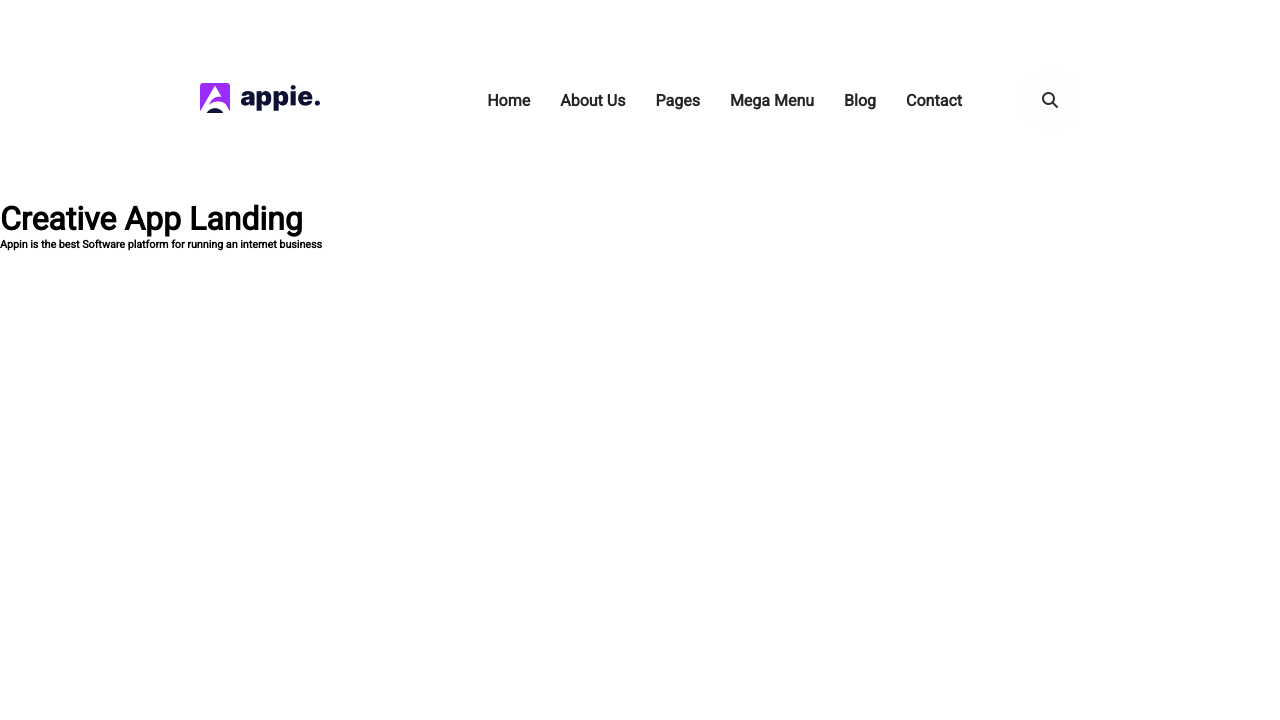
Repository: northpx/landingpage
Page: index.html
These files come from the project's save history. The page is drawn as it stood at one moment and after a run of saves; the edit follows.
The browser window is 1280 px wide. The pictures show the whole page.

Above is the page before, as saved 2022-12-26 09:49:21.

### index.html
<!DOCTYPE html>
<html lang="en">
<head>
    <meta charset="UTF-8">
    <meta http-equiv="X-UA-Compatible" content="IE=edge">
    <meta name="viewport" content="width=device-width, initial-scale=1.0">
    <link rel="stylesheet" href="/src/css/style.css">
    <link rel="stylesheet" href="https://cdnjs.cloudflare.com/ajax/libs/font-awesome/6.2.1/css/all.min.css" integrity="sha512-MV7K8+y+gLIBoVD59lQIYicR65iaqukzvf/nwasF0nqhPay5w/9lJmVM2hMDcnK1OnMGCdVK+iQrJ7lzPJQd1w==" crossorigin="anonymous" referrerpolicy="no-referrer" />
    <title>Document</title>

</head>
<body>
    <div class="container">
        <div class="navbar">
            <div class="logo">
                <div class="logo-img">
                    <img src="image/purple-logo.png" alt="">
                </div>
            </div>
            <div class="menu">
                <div class="menu-list">
                    <ul class="menu-item">
                        <li class="item">Home</li>
                        <li class="item">About Us</li>
                        <li class="item">Pages</li>
                        <li class="item">Mega Menu</li>
                        <li class="item">Blog</li>
                        <li class="item">Contact</li>
                    </ul>
                </div>
                <i class="fa-solid fa-bars"></i>
            </div>
            <div class="search">
                <div class="box-search">
                    <i class="fa-solid fa-magnifying-glass"></i>
                </div>
            </div>
        </div>
        <div class="header">
            <div class="header1">
                <div class="header1_content">
                    <h1>Creative App Landing</h1>
                    <h6>Appin is the best Software platform for running an internet business</h6>
                </div>
            </div>
            <div class="header2">
                <div class="header2_image"></div>
            </div>
        </div>
    </div>
</body>
</html>

### src/css/style.css
@import url('https://fonts.googleapis.com/css2?family=Poppins:ital,wght@0,200;0,300;0,400;0,500;0,600;0,700;0,800;0,900;1,200;1,300;1,400;1,500;1,600;1,700;1,800;1,900&family=Roboto&display=swap');

*{
    padding: 0;
    margin: 0;
    box-sizing: border-box;
    font-family: 'Roboto';
}

.container{
    width: 100vw;
    height: 100vh;
}

.navbar{
    width: 100vw;
    height: 200px;
    display: flex;
    padding: 50px 200px;
    position: relative;
    align-items: center;
    justify-content: space-between;
}

.logo{
    width: 15vw;
    display: flex;
    cursor: pointer;
}
.menu{
    width: 75vw;
   display: flex;
   align-items: center;
}

.menu-list{
    margin-left: auto;

}
.menu-list .menu-item{
   list-style-type: none;
   display: flex;
}
.item{
    margin-right: 30px;
    font-size: 16px;
    font-weight: bold;
    color: rgb(38, 37, 37);
    cursor: pointer;
}

.search{
    width: 10vw;
    display: flex;
    margin-left: auto;

}

.box-search{
    margin-left: auto;
    width: 60px;
    height: 60px;
    background: #fefefe;
    color: rgb(45, 44, 44);
    display: inline-flex;
    align-items: center;
    justify-content: center;
    border-radius: 50%;
    cursor: pointer;
}

.fa-solid.fa-bars{
    display: none;
    position: absolute;
    font-size: 25px;
    border: 1px solid thistle;
    border-radius: 5px;
    background-color: thistle;
    padding: 10px;
    top: 75px;
    right: 200px;
}


@media screen and (max-width:991px) {
    .menu-list{
        display: none;
    }
    .menu{
        align-items: center;
    }
    .search{
        display: none;
    }
    .fa-solid.fa-bars{
        display: block;
        cursor: pointer;
    }
}

After the next 4 saves:
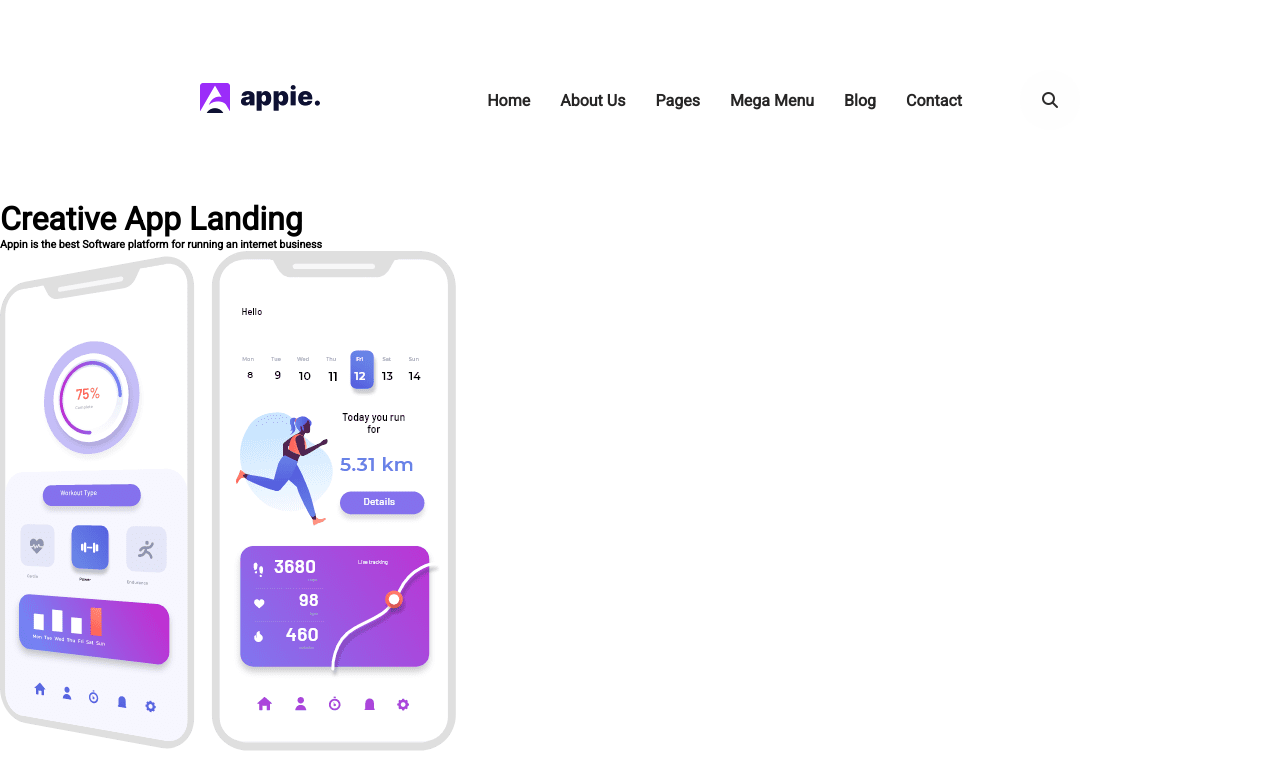
The 4 saves are shown as one change because they came seconds apart.
The last was saved 9 s later.
--- a/index.html
+++ b/index.html
@@ -44,7 +44,9 @@
                 </div>
             </div>
             <div class="header2">
-                <div class="header2_image"></div>
+                <div class="header2_image">
+                    <img src="image/home1-app-screen.png" alt="">
+                </div>
             </div>
         </div>
     </div>
